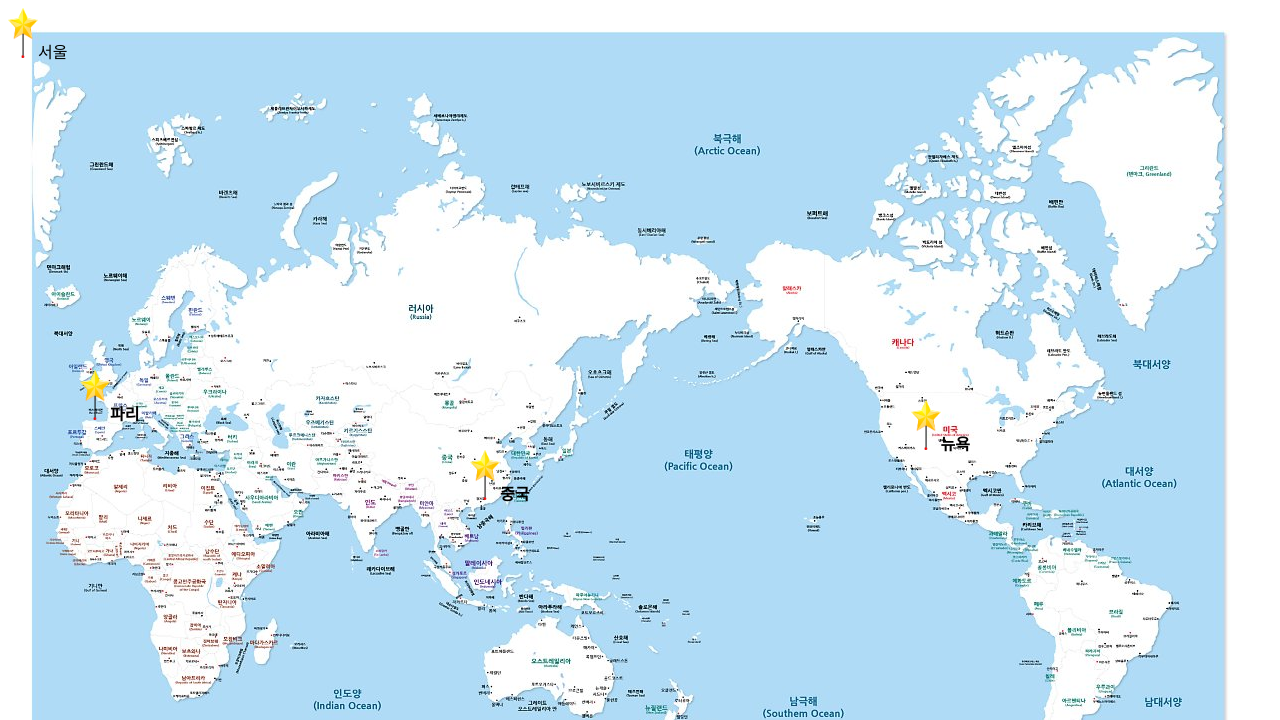
Repository: dhfkdlxm/Lecture-Web
Page: Lecture-Web/WebContent/javascript/homework/exam04.html
The author's editor kept a copy of each file at every save. The page is drawn from the files as they stood at one save, then again after the next save.
The browser window is 1280 px wide. The pictures show the whole page.

Above is the page before, as saved 2021-06-17 00:03:43.

### Lecture-Web/WebContent/javascript/homework/exam04.html
<!DOCTYPE html>
<html>
<head>
<meta charset="EUC-KR">
<title>Insert title here</title>
<style type="text/css">
body {
   /*background-color: navy;*/
   background-image: url('img/worldmap.jpg');
   background-repeat: no-repeat;
   background-position: 30px 30px;
   background-size: auto;
}

.local-star {
   width: 30px;
   height: 50px;
}
#서울{
   position: absolute;
   top: 400px;
   left: 510px;
}
#뉴욕{
   position: absolute;
   top: 400px;
   right: 310px;
}
#파리{
   position: absolute;
   top: 370px;
   left: 80px;
}
#중국{
   position: absolute;
   top: 450px;
   left: 470px;
}

a:hover {
   cursor: pointer;
}
a span{
   font-weight:bold;
}
</style>

<script type="text/javascript">
   function checkTime(local) {
      console.log(local)
      let time = ''
      let msg = ''
      switch (local) {
      case '서울':
         time = getWorldTime(+9)
         break;
      case '뉴욕':
         time = getWorldTime(-8)
         break;
      case '중국':
         time = getWorldTime(+8)
         break;
      case '파리':
         time = getWorldTime(+2)
         break;
      }
      msg = local + '시간 : ' + time
      alert(msg)
   }


   function getWorldTime(tzOffset) { // 24시간제
      var now = new Date();
      var tz = now.getTime() + (now.getTimezoneOffset() * 60000) + (tzOffset * 3600000);
      now.setTime(tz);

      var s = leadingZeros(now.getFullYear(), 4) +
         '-' + leadingZeros(now.getMonth() + 1, 2) +
         '-' + leadingZeros(now.getDate(), 2) +
         ' ' + leadingZeros(now.getHours(), 2) +
         ':' + leadingZeros(now.getMinutes(), 2) +
         ':' + leadingZeros(now.getSeconds(), 2);

      return s;
   }
   function leadingZeros(n, digits) {
      var zero = '';
      n = n.toString();

      if (n.length < digits) {
         for (i = 0; i < digits - n.length; i++) zero += '0';
      }
      return zero + n;
   }
</script>

</head>
<body>



</body>
<div>
<img alt="" src="img/worldmap.jpg'>
   <a onclick="checkTime(this.id)" id = "서울"><img src="img/star2.png"
      class="local-star"><span>서울</span></a>
   <a onclick="checkTime(this.id)" id = "뉴욕"><img src="img/star2.png"
      class="local-star"><span>뉴욕</span></a>
   <a onclick="checkTime(this.id)" id = "중국"><img src="img/star2.png"
      class="local-star"><span>중국</span></a>
   <a onclick="checkTime(this.id)" id = "파리"><img src="img/star2.png"
      class="local-star"><span>파리</span></a>

</div>
</html>

After the next save:
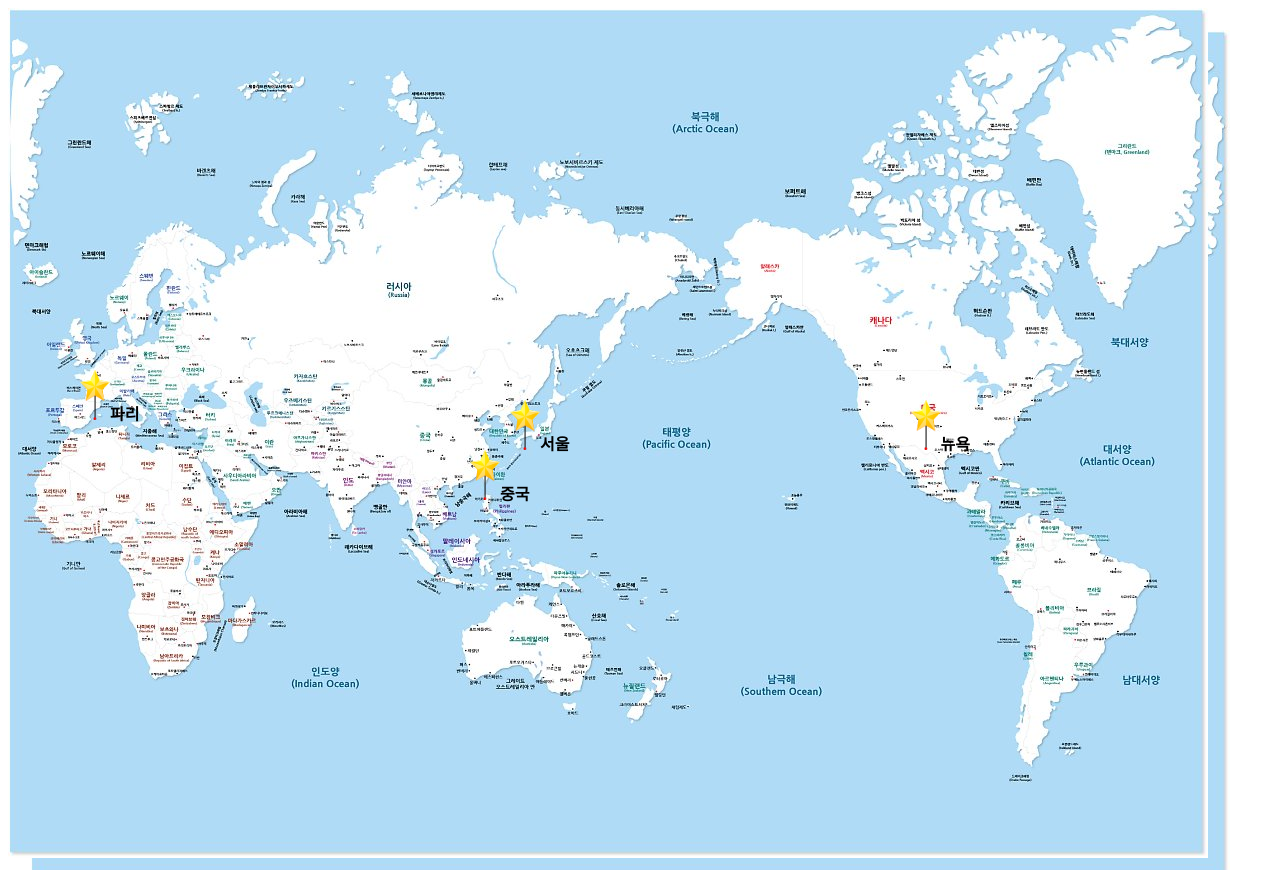
Saved 6 s later.
--- a/Lecture-Web/WebContent/javascript/homework/exam04.html
+++ b/Lecture-Web/WebContent/javascript/homework/exam04.html
@@ -101,7 +101,7 @@
 
 </body>
 <div>
-<img alt="" src="img/worldmap.jpg'>
+<img alt="" src="img/worldmap.jpg">
    <a onclick="checkTime(this.id)" id = "서울"><img src="img/star2.png"
       class="local-star"><span>서울</span></a>
    <a onclick="checkTime(this.id)" id = "뉴욕"><img src="img/star2.png"

After the save that followed:
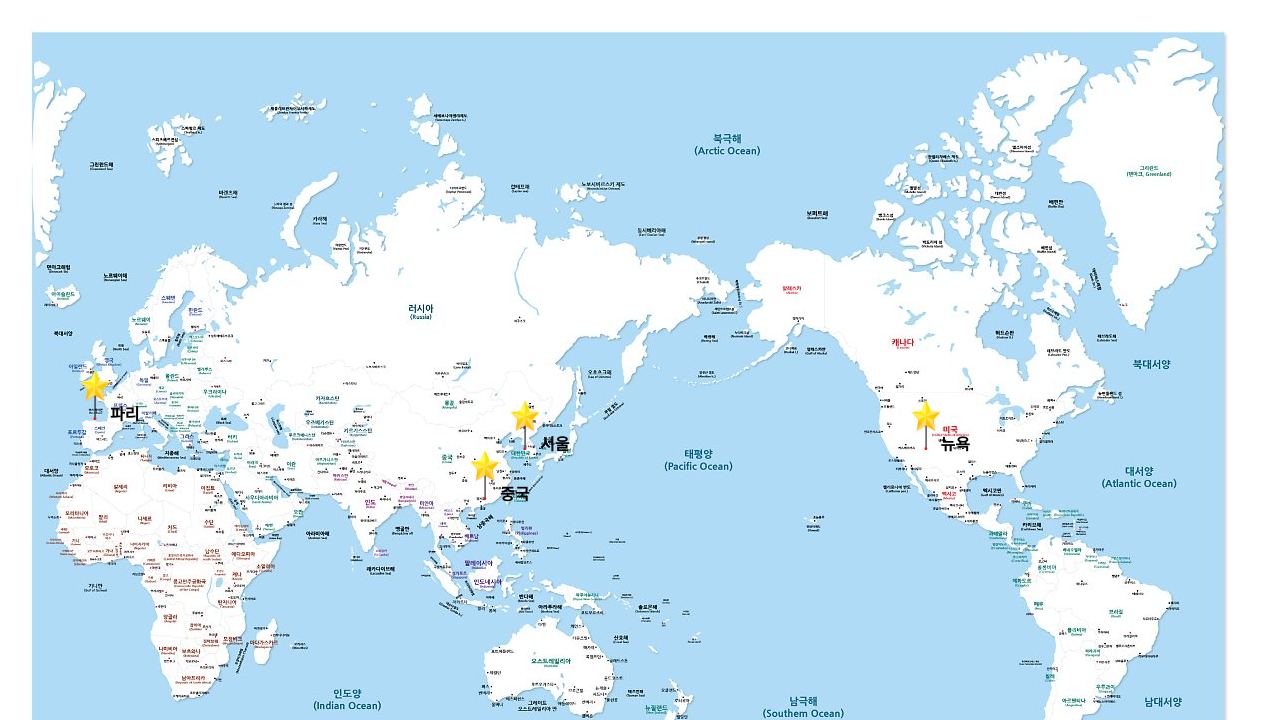
Saved 11 s later.
--- a/Lecture-Web/WebContent/javascript/homework/exam04.html
+++ b/Lecture-Web/WebContent/javascript/homework/exam04.html
@@ -101,7 +101,7 @@
 
 </body>
 <div>
-<img alt="" src="img/worldmap.jpg">
+
    <a onclick="checkTime(this.id)" id = "서울"><img src="img/star2.png"
       class="local-star"><span>서울</span></a>
    <a onclick="checkTime(this.id)" id = "뉴욕"><img src="img/star2.png"
